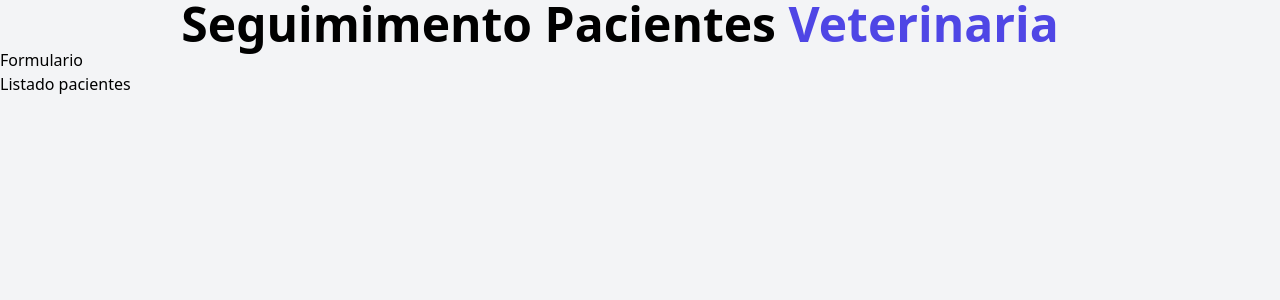
Repository: rlaureano/citas_react
Page: /
An editor plug-in stored every save of this project. The page is shown before and after the next save, followed by the edit.
The browser window is 1280 px wide. The pictures show the whole page.
The project was rebuilt for these pictures with package versions that can differ from the ones it lists, and the page was loaded fresh each time. Also part of the build but not shown: vite.config.js.

Above is the page before, as saved 2022-01-11 21:35:57.

### src/App.jsx
import Formulario from "./components/Formulario"
import Header from "./components/Header"
import ListadoPacientes from "./components/ListadoPacientes"

function App() {

  return (
    <div className="container mx-auto">
      <Header />
      <Formulario />
      <ListadoPacientes />
    </div>
  )
}

export default App

### src/components/Formulario.jsx
import React from 'react'

const Formulario = () => {
  return (
    <div className="">
      <h2>Formulario</h2>
    </div>
  )
}

export default Formulario

### src/components/Header.jsx
function Header() {
  return (

      <h1 className="font-black text-5xl text-center mr-10 w-1/1">Seguimimento Pacientes {''}
        <span className="text-indigo-600">Veterinaria</span>
      </h1>

  )
}

export default Header

### src/components/ListadoPacientes.jsx
import React from 'react'

const ListadoPacientes = () => {
  return (
    <div>
      <h2>Listado pacientes</h2>
    </div>
  )
}

export default ListadoPacientes

### tailwind.config.js
module.exports = {
  purge: ["./index.html", "./src/**/*.{jsx}"],
  content: [],
  theme: {
    extend: {},
  },
  plugins: [],
}

Loaded but not shown: index.html (common file); src/main.jsx (common file); src/index.css (common file)

After the next save:
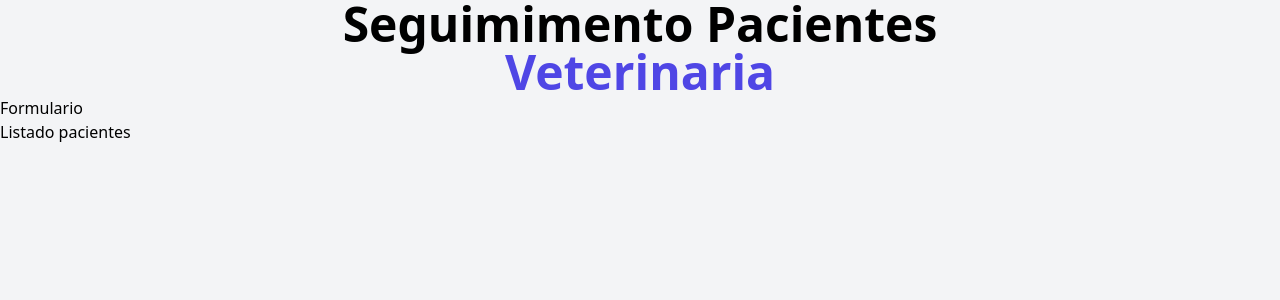
Saved 66 s later.
--- a/src/components/Header.jsx
+++ b/src/components/Header.jsx
@@ -1,7 +1,7 @@
 function Header() {
   return (
 
-      <h1 className="font-black text-5xl text-center mr-10 w-1/1">Seguimimento Pacientes {''}
+      <h1 className="font-black text-5xl text-center w-1/2 mx-auto">Seguimimento Pacientes {''}
         <span className="text-indigo-600">Veterinaria</span>
       </h1>
 
